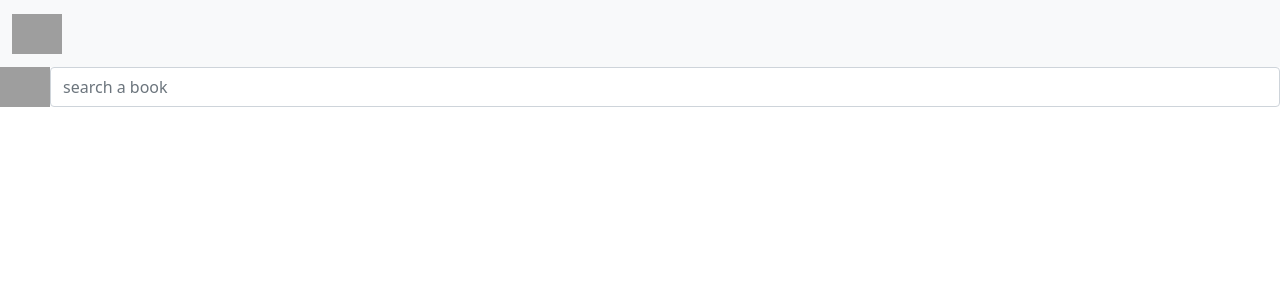
Repository: dilaraozdem1r/BooksApp
Page: /
An editor plug-in stored every save of this project. The page is shown before and after the next save, followed by the edit.
The browser window is 1280 px wide. The pictures show the whole page.
Pictures or frames that could not be fetched are drawn as grey boxes. The page's requests for data from a server got no answer. The project was rebuilt for these pictures with package versions that can differ from the ones it lists, and the page was loaded fresh each time. No one was signed in, and anything a server would have sent is missing.

Above is the page before, as saved 2021-08-19 18:42:45.

### public/index.html
<!DOCTYPE html>
<html lang="en">
  <head>
    <meta charset="utf-8" />
    <link rel="icon" href="%PUBLIC_URL%/favicon.ico" />
    <meta name="viewport" content="width=device-width, initial-scale=1" />
    <meta name="theme-color" content="#000000" />
    <meta
      name="description"
      content="Web site created using create-react-app"
    />
    <link rel="apple-touch-icon" href="%PUBLIC_URL%/logo192.png" />
    <!--
      manifest.json provides metadata used when your web app is installed on a
      user's mobile device or desktop. See https://developers.google.com/web/fundamentals/web-app-manifest/
    -->
    <link rel="manifest" href="%PUBLIC_URL%/manifest.json" />
    <!--
      Notice the use of %PUBLIC_URL% in the tags above.
      It will be replaced with the URL of the `public` folder during the build.
      Only files inside the `public` folder can be referenced from the HTML.

      Unlike "/favicon.ico" or "favicon.ico", "%PUBLIC_URL%/favicon.ico" will
      work correctly both with client-side routing and a non-root public URL.
      Learn how to configure a non-root public URL by running `npm run build`.
    -->
    <link href="https://cdn.jsdelivr.net/npm/bootstrap@5.0.2/dist/css/bootstrap.min.css" rel="stylesheet" integrity="sha384-EVSTQN3/azprG1Anm3QDgpJLIm9Nao0Yz1ztcQTwFspd3yD65VohhpuuCOmLASjC" crossorigin="anonymous">
    <title>Books App</title>
  </head>
  <body>
    <noscript>You need to enable JavaScript to run this app.</noscript>
    <div id="root"></div>
    <!--
      This HTML file is a template.
      If you open it directly in the browser, you will see an empty page.

      You can add webfonts, meta tags, or analytics to this file.
      The build step will place the bundled scripts into the <body> tag.

      To begin the development, run `npm start` or `yarn start`.
      To create a production bundle, use `npm run build` or `yarn build`.
    -->
    <script src="https://cdn.jsdelivr.net/npm/bootstrap@5.0.2/dist/js/bootstrap.bundle.min.js" integrity="sha384-MrcW6ZMFYlzcLA8Nl+NtUVF0sA7MsXsP1UyJoMp4YLEuNSfAP+JcXn/tWtIaxVXM" crossorigin="anonymous"></script>
  </body>
</html>

### src/index.js
import React from 'react'
import ReactDOM from 'react-dom'
import App from './Components/App'

ReactDOM.render(
    <App />,
    document.getElementById('root')

);

### src/Components/App.js
import React from 'react'
import { BrowserRouter as Router, Switch, Route, Link } from "react-router-dom";
import Books from './BookList';
import axios from 'axios'
import SearchBar from './SearchBar'

class App extends React.Component {
  state = {
    books: [],
    searchQuery:""
  }

  async componentDidMount() {
    this.getBooks();

  }
  async getBooks() {
    const response = await axios.get(" http://localhost:3004/books");

    this.setState({ books: response.data })

  }
  searchMovie=(event)=>{
    this.setState({
      searchQuery:event.target.value
    })

  }

  render() {

    let filteredBooks=this.state.books.filter(
      (book)=>{
        return book.name.toLowerCase().indexOf(this.state.searchQuery.toLowerCase()) !== -1 }
    ).sort((a,b)=>{
      return a.id < b.id ? 1 : a.id > b.id ? -1 : 0 ;
    });



    return (
      <Router>
      <Switch>
      <Route path="/" exact render={() => (
            <React.Fragment>
      <div>
        <nav className="navbar navbar-light bg-light">
            <div className="container-fluid">
            <a class="navbar-brand">
          <img src="https://encrypted-tbn0.gstatic.com/images?q=tbn:ANd9GcRZ-o86obF-UTdLqsqqiUM6O82URx7R52fXlw&usqp=CAU" alt="" width="50" height="40" class="d-inline-block align-text-top"/>
          </a>
            </div>
          </nav>
      </div>

    <SearchBar search={this.searchMovie} />

    </React.Fragment> )}>
    </Route>
    <div>
      <button class="navbar-toggler" type="button" data-bs-toggle="collapse" data-bs-target="#navbarSupportedContent" aria-controls="navbarSupportedContent" aria-expanded="false" aria-label="Toggle navigation">Admin Login</button>
    </div>









          <div>
              <Books books={filteredBooks} />
          </div>


      </Switch>
      </Router>
        );
}
}
        export default App;

### src/Components/SearchBar.js
import React from 'react';
import { Link } from 'react-router-dom';

class SearchBar extends React.Component{

    render(){
        return(

            <div>
                <form className="d-flex">
                <img src="https://e7.pngegg.com/pngimages/152/157/png-clipart-stitched-co-computer-icons-magnifying-glass-search-icon-miscellaneous-logo-thumbnail.png" alt="" width="50" height="40" class="d-inline-block align-text-top"/>
            <input className="form-control me-50"  type="text" placeholder="search a book" aria-label="Search" onChange={this.props.search}/>


         </form>
         </div>

        )
    }
}
export default SearchBar;

### src/Components/BookList.js
import React from 'react';



const Books = (props) => {

    const truncateOverview =(string, maxLength) =>{
        if(!string) return null;
        if(string.length < maxLength ) return string;
        return `${string.substring(0,maxLength)}...`
    }


    return (

        //<div className='row'>
<div className="row row-cols-1 row-cols-md-3 g-4">


            {props.books.map((book) => (


                <div className='col ' key={book.id} >

                    <div className='card' style={{width:"80%", height:"60%"}}>
                        <img src={book.imageURL} className="card-img-top" alt="sample image" />
                        <div className="card-body">
                            <h5 className="card-title">{book.name}</h5>
                            <p className="card-text"> {truncateOverview(book.overview,100)}</p>

                            <h2><span class="badge rounded-pill bg-info text-dark">{book.author}</span></h2>
                        </div>
                    </div>
                </div>


            ))}

        </div>


    )



}

export default Books;

After the next save:
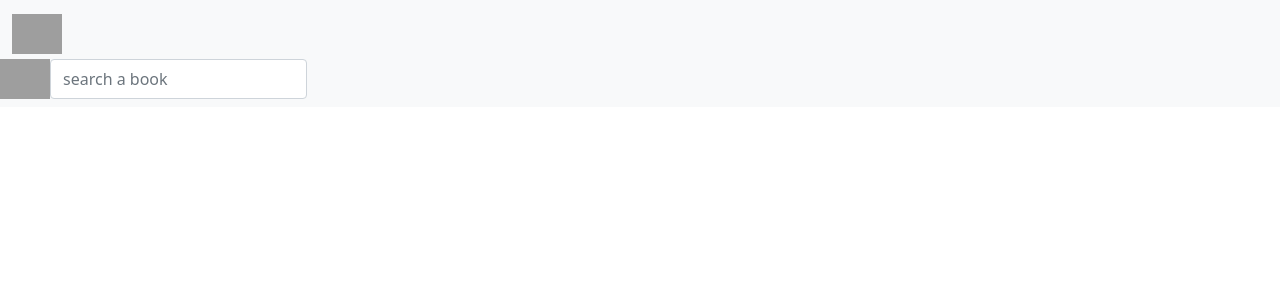
Saved 62 s later.
--- a/src/Components/App.js
+++ b/src/Components/App.js
@@ -50,10 +50,14 @@ class App extends React.Component {
           <img src="https://encrypted-tbn0.gstatic.com/images?q=tbn:ANd9GcRZ-o86obF-UTdLqsqqiUM6O82URx7R52fXlw&usqp=CAU" alt="" width="50" height="40" class="d-inline-block align-text-top"/>
           </a>
             </div>
+            <SearchBar search={this.searchMovie} />
           </nav>
       </div>
 
-    <SearchBar search={this.searchMovie} />
+
+    <div>
+              <Books books={filteredBooks} />
+          </div>
 
     </React.Fragment> )}>
     </Route>
@@ -69,9 +73,7 @@ class App extends React.Component {
 
 
 
-          <div>
-              <Books books={filteredBooks} />
-          </div>
+
 
 
       </Switch>
